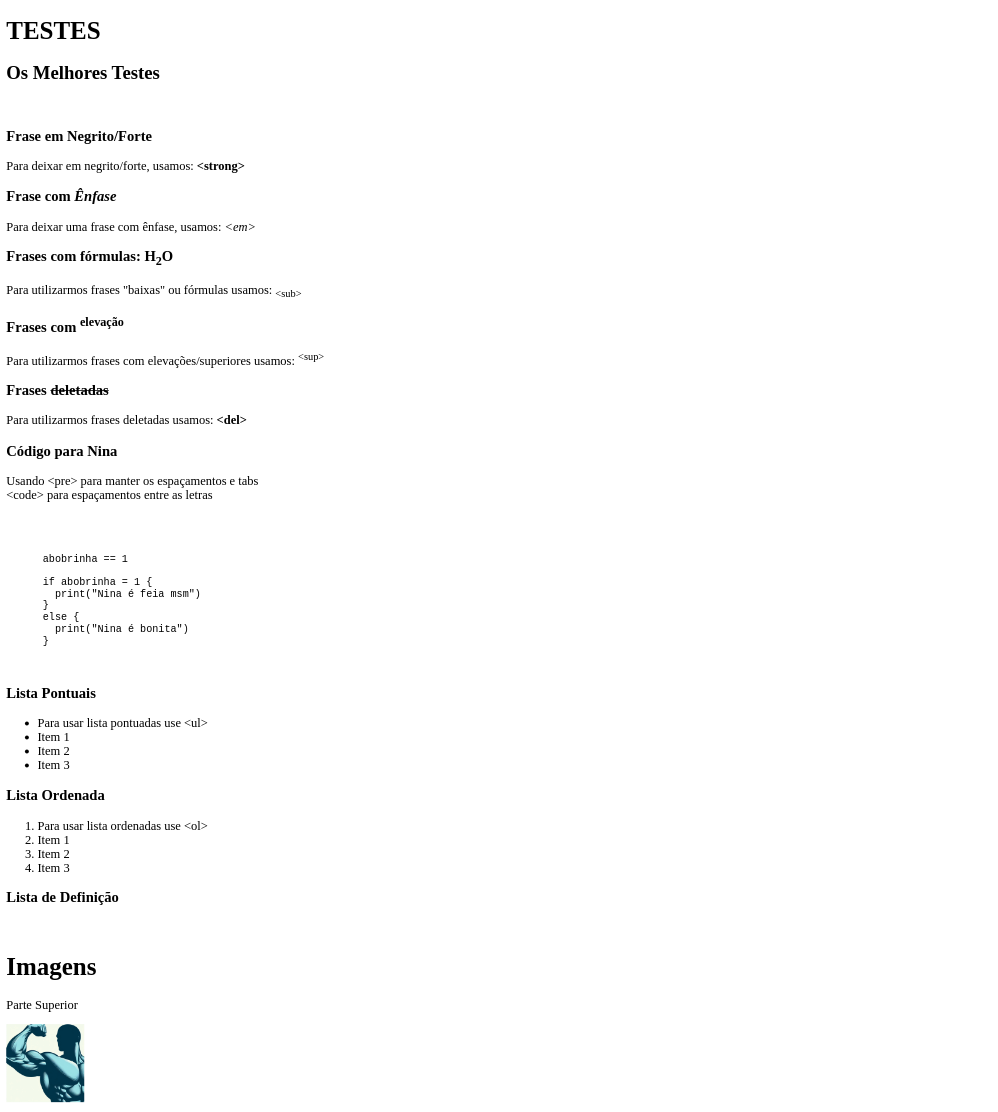
Repository: LuidyOn/Site_Forca_Total
Page: ForçaTotal/teste.html
The author's editor kept a copy of each file at every save. The page is drawn from the files as they stood at one save, then again after a run of saves.
The browser window is 1280 px wide. The pictures show the whole page, at 78% of full size.

Above is the page before, as saved 2025-05-15 14:01:41.

After the next 4 saves:
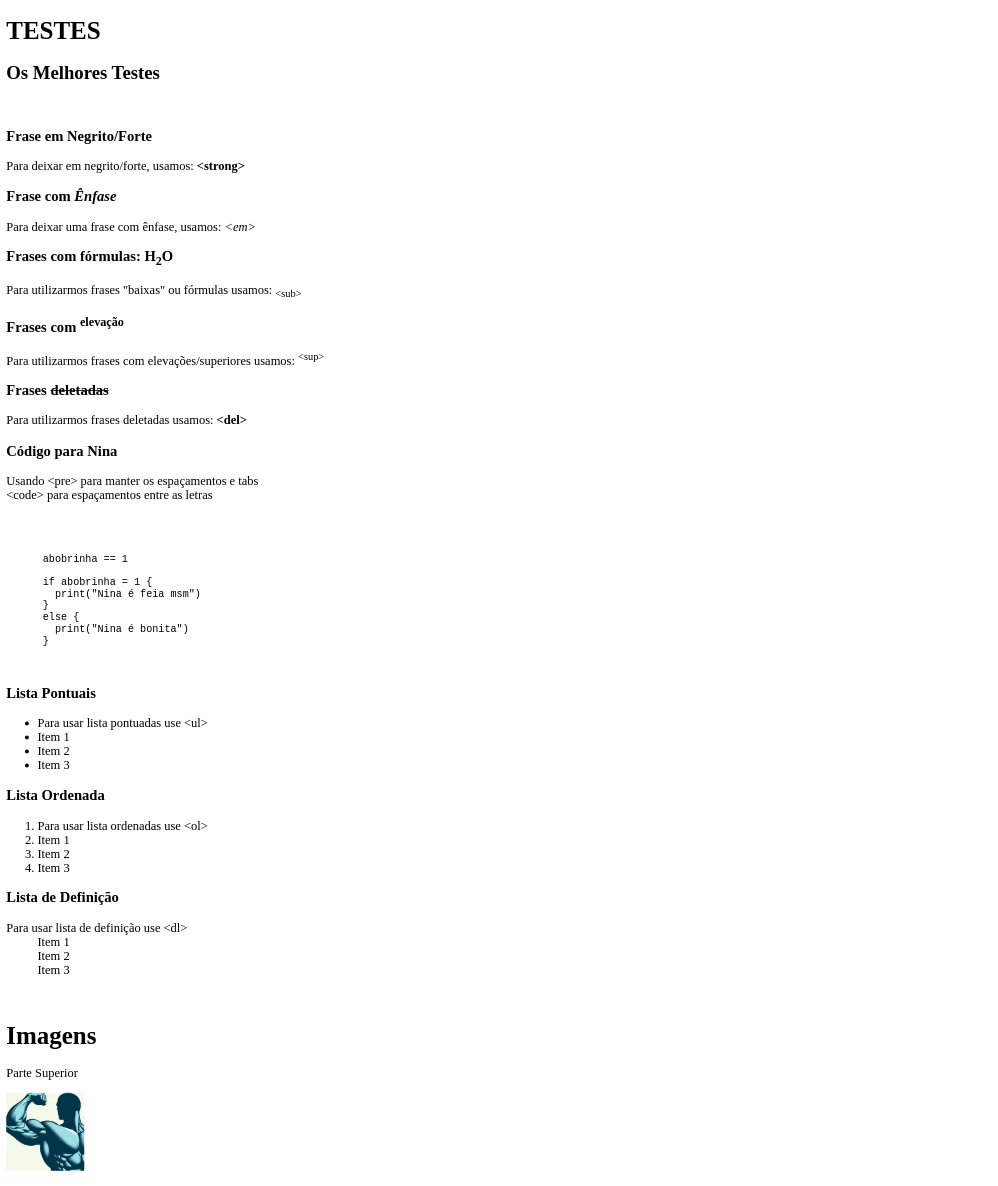
The 4 saves are shown as one change because they came seconds apart.
The last was saved 13 s later.
--- a/ForçaTotal/teste.html
+++ b/ForçaTotal/teste.html
@@ -62,6 +62,13 @@
   </ol>
 
   <h3>Lista de Definição</h3>
+  <dl>
+    <dt>Para usar lista de definição use &lt;dl&gt;</dt>
+    <dd>Item 1</dd>
+    <dd>Item 2</dd>
+    <dd>Item 3</dd>
+
+
 
   <p><br></p>
 
